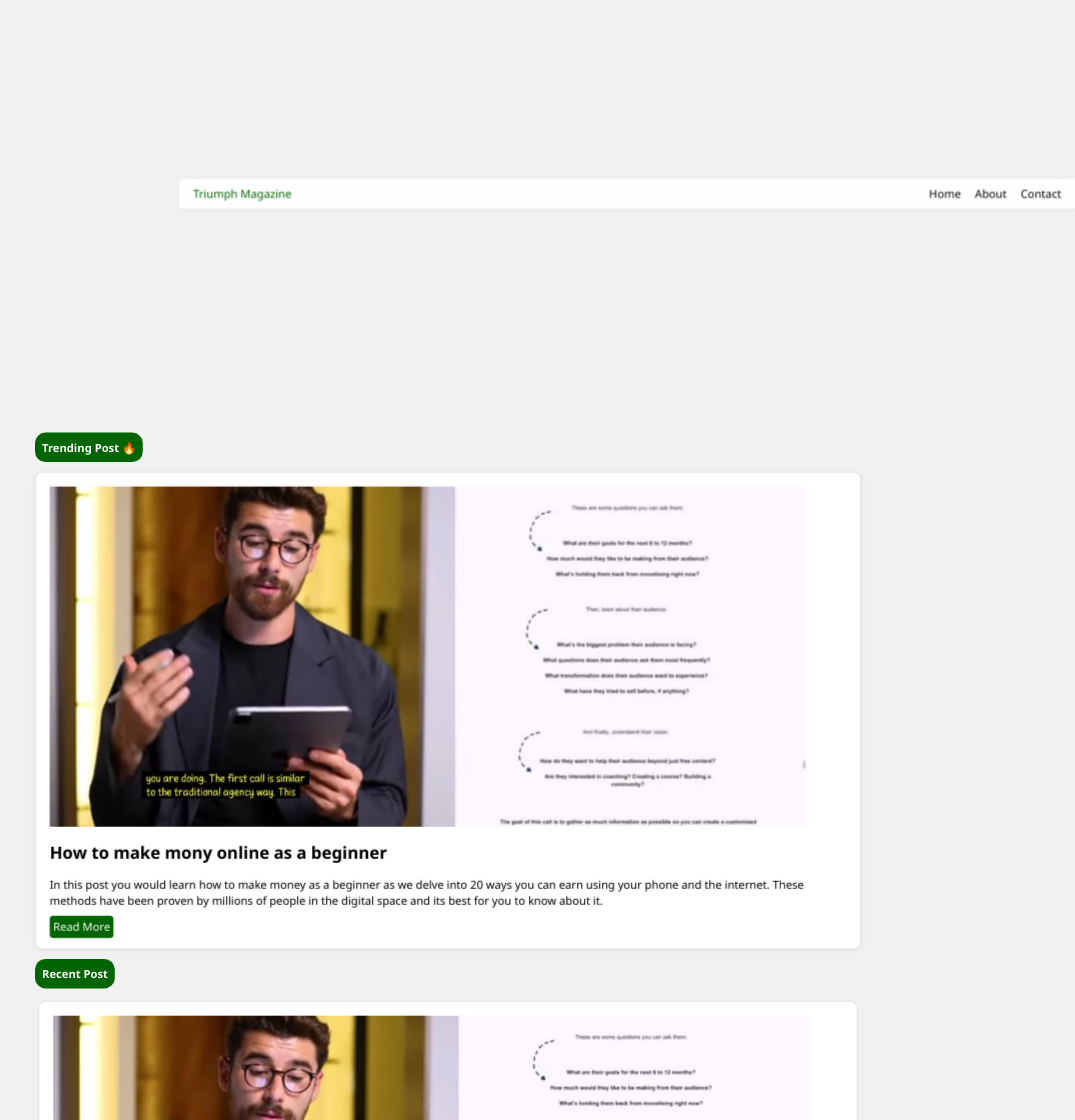
Repository: zikcolle/Triumph-Blog
Page: index.html
An editor plug-in stored every save of this project. The page is shown before and after the next save, followed by the edit.
The browser window is 1280 px wide. The page is 1536 px wide, then 1300 px, so the pictures cover 1536 px, including what lies to the right of the window. The pictures show the part of the page from y = 0 to 1600 px (the page is 5967 px tall before and 5495 px after), at 70% of full size.

Above is the page before, as saved 2026-06-22 10:03:17.

After the next save:
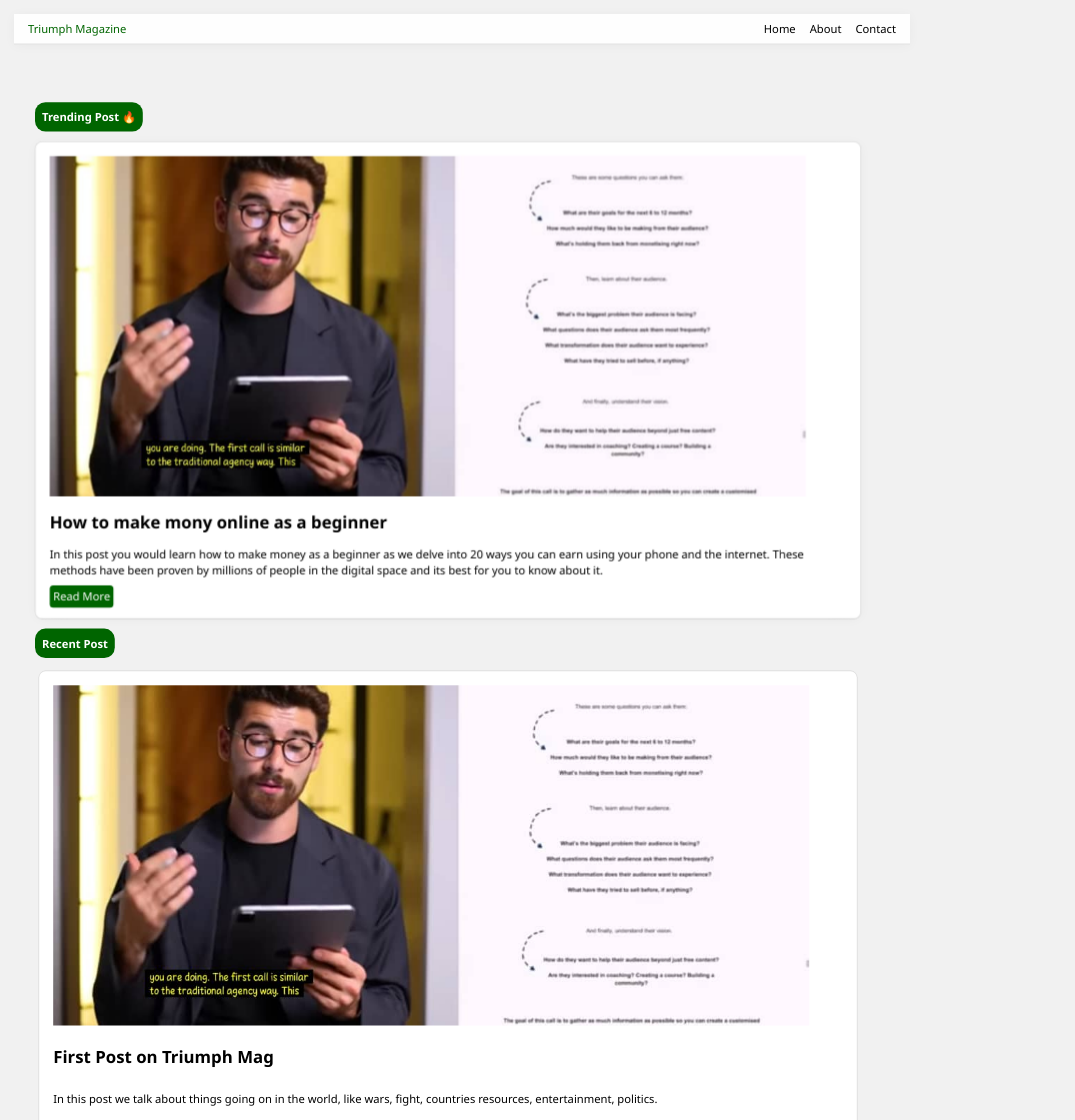
Saved 14 s later.
--- a/styles.css
+++ b/styles.css
@@ -17,7 +17,7 @@ header {
     color: rgb(0, 101, 0);
     width: 100%;
     box-sizing: border-box;
-    margin: 20%;
+    margin: 20px;
 }
 
 nav {
